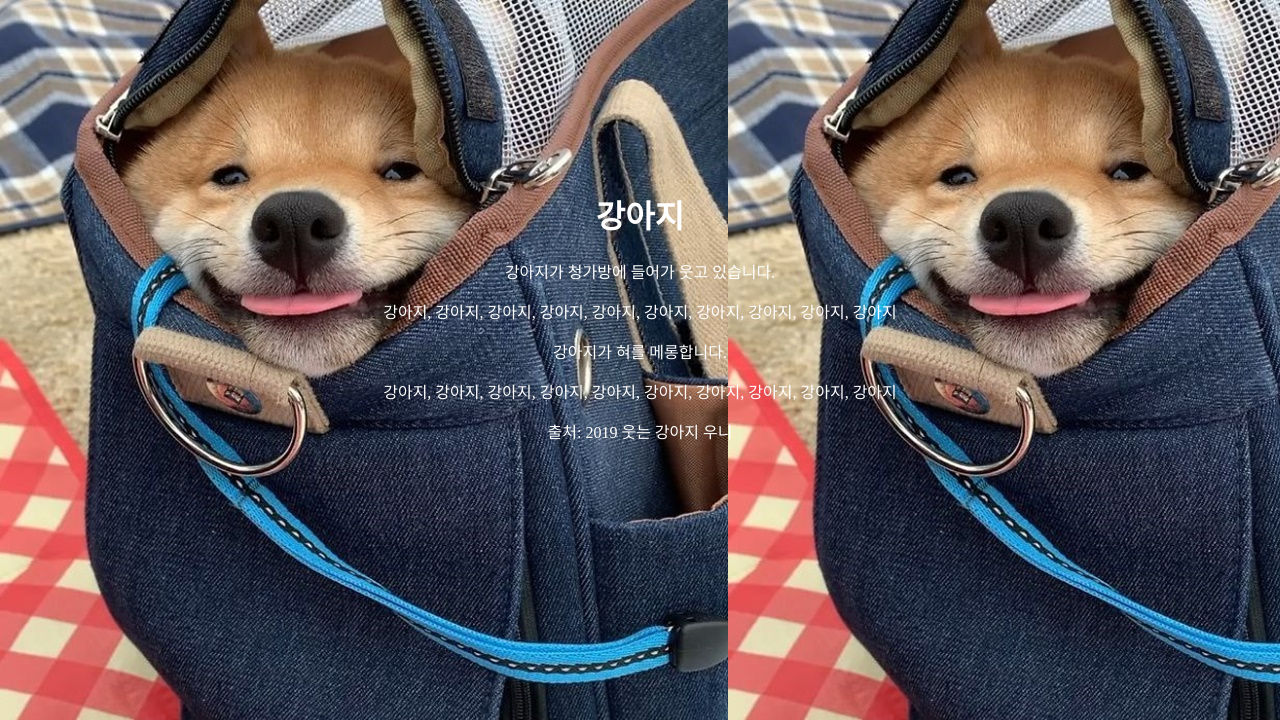
Repository: heoSuKyeong/client_Ssanyong
Page: ClientTest/src/main/webapp/html/q001.html
An editor plug-in stored every save of this project. The page is shown before and after the next save, followed by the edit.
The browser window is 1280 px wide. The pictures show the whole page.

Above is the page before, as saved 2023-09-20 02:45:42.

After the next save:
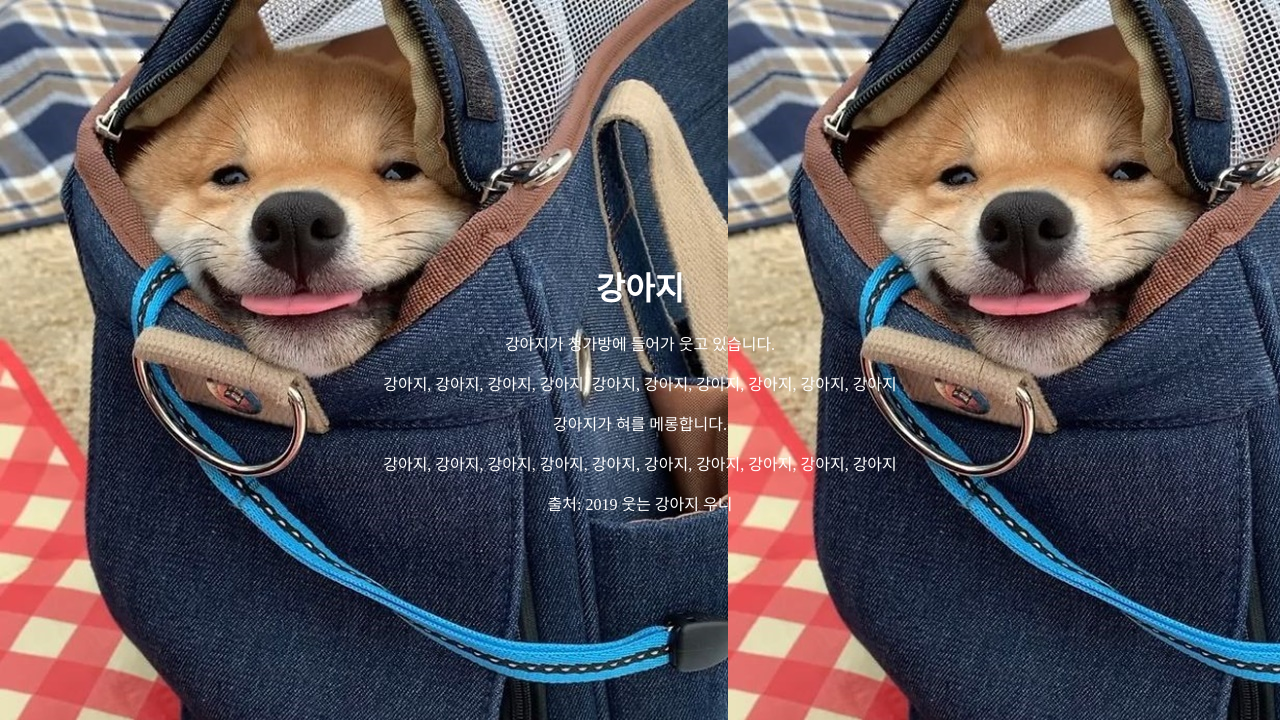
Saved 11 s later.
--- a/ClientTest/src/main/webapp/html/q001.html
+++ b/ClientTest/src/main/webapp/html/q001.html
@@ -5,8 +5,8 @@
 <title>q1</title>
 </head>
 <body background="images/dog2.jpg">
-	<br><br><br><br><br><br><br><br><br>
-	<h1 align="center" vertical-align:bottom>
+	<br><br><br><br><br><br><br><br><br><br><br><br><br>
+	<h1 align="center">
 		<font color="#FFFFFF">강아지</font>
 	</h1>
 	<p align="center"><font color="#FFFFFF">강아지가 청가방에 들어가 웃고 있습니다.</font></p>
